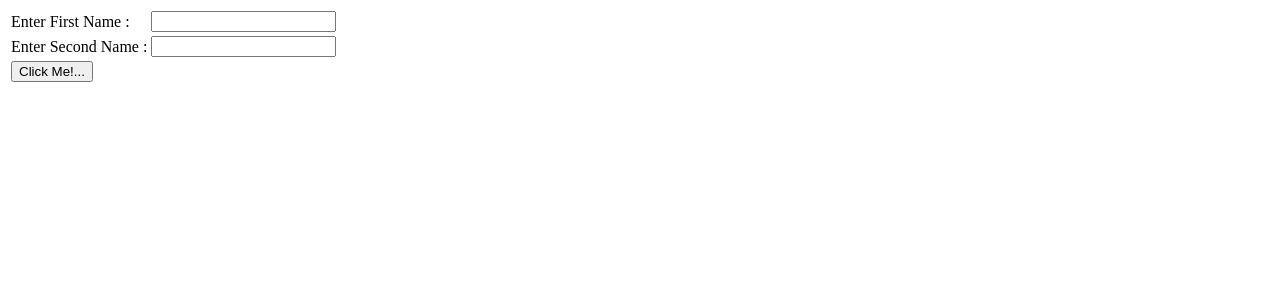
Repository: gajanansp07/Advance_Java_Practice
Page: Webapp/src/main/webapp/mytest.html
These files come from the project's save history. The page is drawn as it stood at one moment and after the next save; the edit follows.
The browser window is 1280 px wide. The pictures show the whole page.

Above is the page before, as saved 2022-03-13 05:45:15.

### Webapp/src/main/webapp/mytest.html
<!DOCTYPE html>
<html>
<head>
<meta charset="ISO-8859-1">
<title>Insert title here</title>
</head>
<body>
<form method="post" action="MyPost">
<table style="align : center">
<tr>
<td>Enter First Name : </td>
<td><input type="text" name="fname" /></td>
</tr>
<tr>
<td>Enter Second Name : </td>
<td><input type="text" name="lname" /></td>
</tr>
<tr>
<td colspan=2><input type="submit" value="Click Me!..."></td>
</tr>
</table>

</form>
</body>
</html>

After the next save:
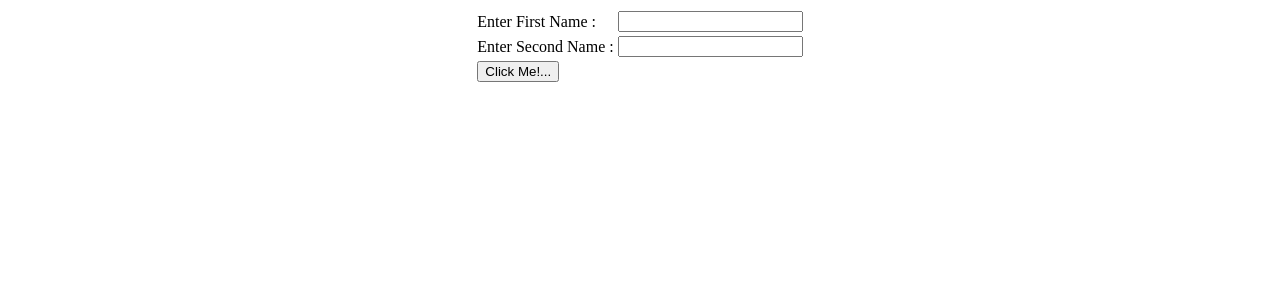
Saved 6 min 59 s later.
--- a/Webapp/src/main/webapp/mytest.html
+++ b/Webapp/src/main/webapp/mytest.html
@@ -6,7 +6,8 @@
 </head>
 <body>
 <form method="post" action="MyPost">
-<table style="align : center">
+<table style="margin-left: auto;
+  margin-right: auto;">
 <tr>
 <td>Enter First Name : </td>
 <td><input type="text" name="fname" /></td>
